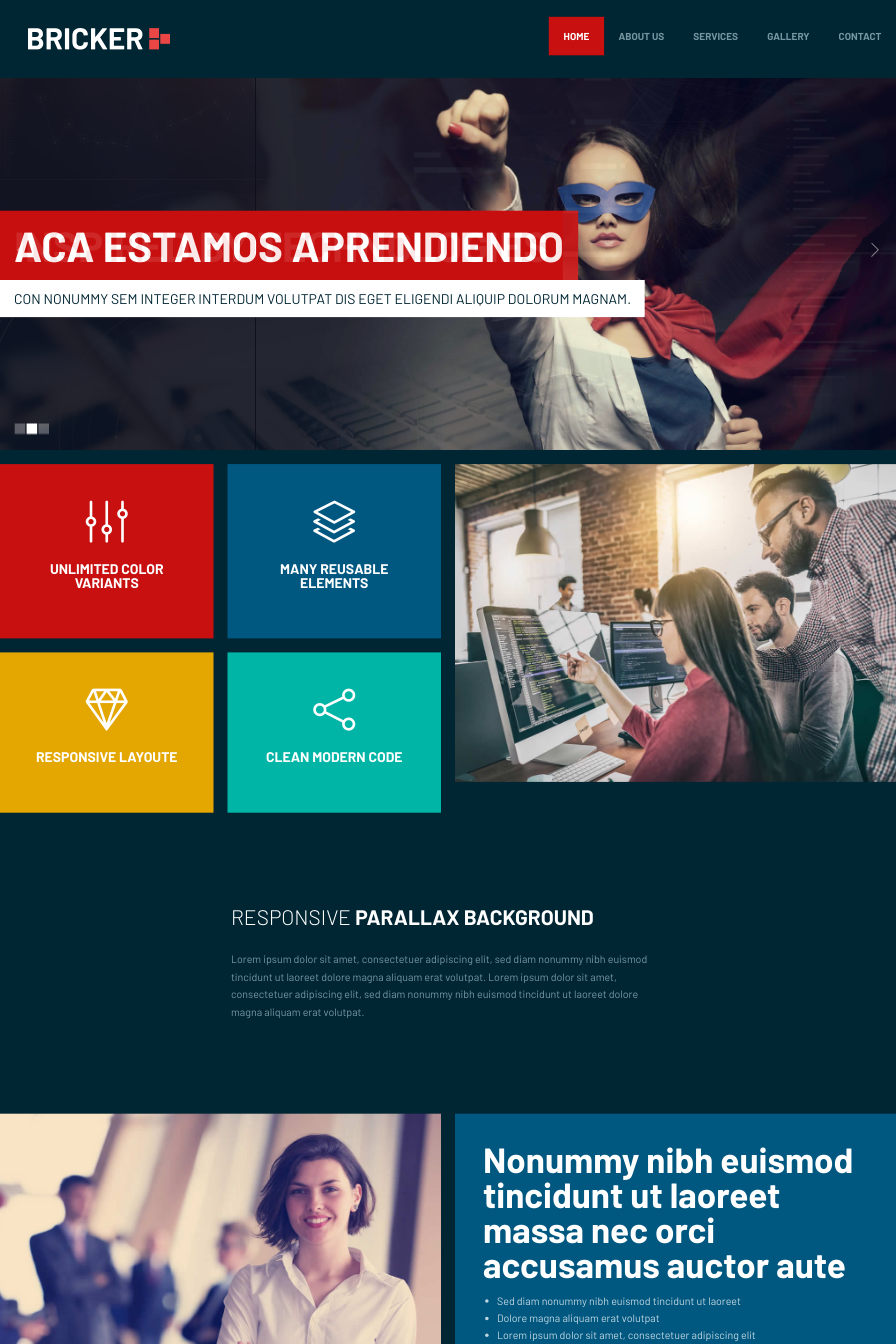
Repository: gadiazsaavedra/Unidad_2
Page: Bricker Free Website Template - Free-CSS.com/index.html
An editor plug-in stored every save of this project. The page is shown before and after the next save, followed by the edit.
The browser window is 1280 px wide. The pictures show the part of the page from y = 0 to 1920 px (the page is 3461 px tall before and 3530 px after), at 70% of full size.

Above is the page before, as saved 2023-08-08 15:16:50.

After the next save:
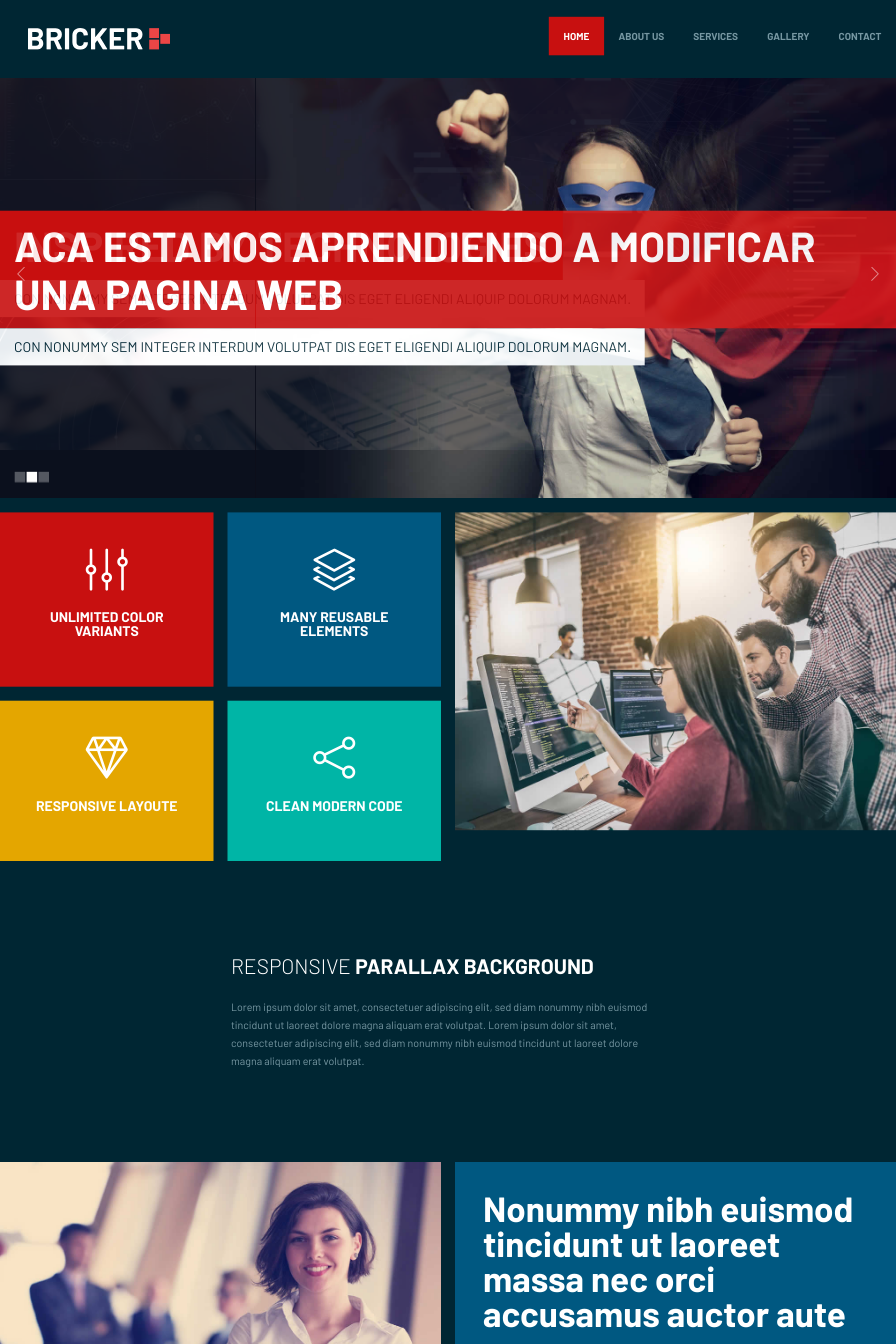
Saved 9 s later.
--- a/Bricker Free Website Template - Free-CSS.com/index.html
+++ b/Bricker Free Website Template - Free-CSS.com/index.html
@@ -56,7 +56,7 @@
           <!-- Main Carousel -->
           <div class="s-12 margin-bottom carousel-fade-transition owl-carousel carousel-main carousel-nav-white carousel-hide-arrows background-dark">
           	<div class="item background-image" style="background-image:url(img/carousel-01.jpg)">
-              <p class="text-padding text-strong text-white text-s-size-30 text-size-60 text-uppercase background-primary">aca estamos aprendiendo</p>
+              <p class="text-padding text-strong text-white text-s-size-30 text-size-60 text-uppercase background-primary">aca estamos aprendiendo a modificar una pagina web</p>
               <p class="text-padding text-size-20 text-dark text-uppercase background-white">Con nonummy sem integer interdum volutpat dis eget eligendi aliquip dolorum magnam.</p>
             </div>
           	<div class="item background-image" style="background-image:url(img/carousel-02.jpg)">
